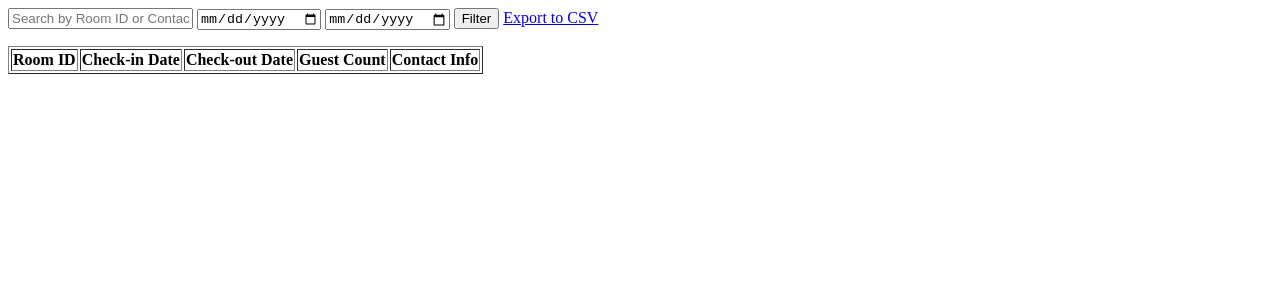
Repository: malingubarnice/Online-Reservation-System
Page: http://localhost/reservations_report.php?sort=date
These files come from the project's save history. The page is drawn as it stood at one moment and after the next save; the edit follows.
The browser window is 1280 px wide. The pictures show the whole page.
The page is run by PHP 8.4 with error messages shown; the project is at /var/www/html/. Queries for data that is not in the repository find no rows.

Above is the page before, as saved 2025-02-26 14:10:12.

### reservations_report.php
<?php
// Database connection
$host = "localhost";
$user = "root";
$password = "";
$database = "coppers_ivy";

$conn = mysqli_connect($host, $user, $password, $database);
if (!$conn) {
    die("Connection failed: " . mysqli_connect_error());
}

// Search & Filter
$search = isset($_GET['search']) ? $_GET['search'] : "";
$from_date = isset($_GET['from_date']) ? $_GET['from_date'] : "";
$to_date = isset($_GET['to_date']) ? $_GET['to_date'] : "";

// Pagination
$limit = 10;
$page = isset($_GET['page']) ? (int)$_GET['page'] : 1;
$offset = ($page - 1) * $limit;

// Base query
$query = "SELECT room_id, check_in_date, check_out_date, guest_count, contact_info
          FROM bookings WHERE 1";

// Apply search filter
if (!empty($search)) {
    $query .= " AND (room_id LIKE '%$search%' OR contact_info LIKE '%$search%')";
}

// Apply date filter
if (!empty($from_date) && !empty($to_date)) {
    $query .= " AND check_in_date BETWEEN '$from_date' AND '$to_date'";
}

// Order & Limit
$query .= " ORDER BY check_in_date DESC LIMIT $limit OFFSET $offset";
$result = mysqli_query($conn, $query);

// Get total records for pagination
$total_query = "SELECT COUNT(*) as total FROM bookings WHERE 1";
$total_result = mysqli_query($conn, $total_query);
$total_row = mysqli_fetch_assoc($total_result);
$total_pages = ceil($total_row['total'] / $limit);
?>

<form method="GET">
    <input type="text" name="search" placeholder="Search by Room ID or Contact" value="<?php echo $search; ?>">
    <input type="date" name="from_date" value="<?php echo $from_date; ?>">
    <input type="date" name="to_date" value="<?php echo $to_date; ?>">
    <button type="submit">Filter</button>
    <a href="export_bookings.php">Export to CSV</a>
</form>

<table border="1">
    <tr>
        <th>Room ID</th>
        <th>Check-in Date</th>
        <th>Check-out Date</th>
        <th>Guest Count</th>
        <th>Contact Info</th>
    </tr>
    <?php while ($row = mysqli_fetch_assoc($result)) { ?>
    <tr>
        <td><?php echo htmlspecialchars($row['room_id']); ?></td>
        <td><?php echo htmlspecialchars($row['check_in_date']); ?></td>
        <td><?php echo htmlspecialchars($row['check_out_date']); ?></td>
        <td><?php echo htmlspecialchars($row['guest_count']); ?></td>
        <td><?php echo htmlspecialchars($row['contact_info']); ?></td>
    </tr>
    <?php } ?>
</table>

<!-- Pagination -->
<?php for ($i = 1; $i <= $total_pages; $i++) { ?>
    <a href="?page=<?php echo $i; ?>&search=<?php echo $search; ?>&from_date=<?php echo $from_date; ?>&to_date=<?php echo $to_date; ?>">
        <?php echo $i; ?>
    </a>
<?php } ?>

<?php mysqli_close($conn); ?>

After the next save:
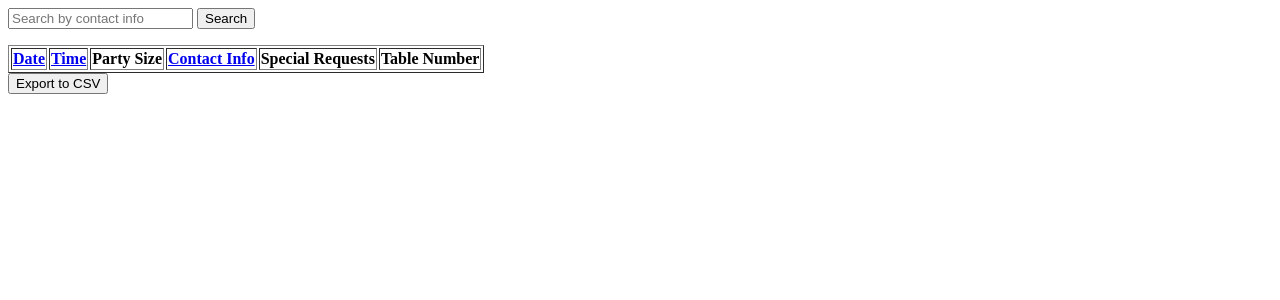
Saved 2 s later.
--- a/reservations_report.php
+++ b/reservations_report.php
@@ -1,82 +1,65 @@
 <?php
 // Database connection
-$host = "localhost";
-$user = "root";
-$password = "";
-$database = "coppers_ivy";
-
-$conn = mysqli_connect($host, $user, $password, $database);
-if (!$conn) {
-    die("Connection failed: " . mysqli_connect_error());
+$conn = new mysqli("localhost", "root", "", "coppers_ivy");
+if ($conn->connect_error) {
+    die("Connection failed: " . $conn->connect_error);
 }
 
-// Search & Filter
-$search = isset($_GET['search']) ? $_GET['search'] : "";
-$from_date = isset($_GET['from_date']) ? $_GET['from_date'] : "";
-$to_date = isset($_GET['to_date']) ? $_GET['to_date'] : "";
+// Pagination setup
+$limit = 10;
+$page = isset($_GET['page']) ? $_GET['page'] : 1;
+$start = ($page - 1) * $limit;
 
-// Pagination
-$limit = 10;
-$page = isset($_GET['page']) ? (int)$_GET['page'] : 1;
-$offset = ($page - 1) * $limit;
+// Search & Sorting
+$search = isset($_GET['search']) ? $_GET['search'] : '';
+$sort = isset($_GET['sort']) ? $_GET['sort'] : 'date DESC';
 
-// Base query
-$query = "SELECT room_id, check_in_date, check_out_date, guest_count, contact_info
-          FROM bookings WHERE 1";
+$query = "SELECT date, time, party_size, contact_info, special_requests, table_number
+          FROM reservations
+          WHERE contact_info LIKE '%$search%'
+          ORDER BY $sort
+          LIMIT $start, $limit";
+$result = $conn->query($query);
 
-// Apply search filter
-if (!empty($search)) {
-    $query .= " AND (room_id LIKE '%$search%' OR contact_info LIKE '%$search%')";
-}
-
-// Apply date filter
-if (!empty($from_date) && !empty($to_date)) {
-    $query .= " AND check_in_date BETWEEN '$from_date' AND '$to_date'";
-}
-
-// Order & Limit
-$query .= " ORDER BY check_in_date DESC LIMIT $limit OFFSET $offset";
-$result = mysqli_query($conn, $query);
-
-// Get total records for pagination
-$total_query = "SELECT COUNT(*) as total FROM bookings WHERE 1";
-$total_result = mysqli_query($conn, $total_query);
-$total_row = mysqli_fetch_assoc($total_result);
-$total_pages = ceil($total_row['total'] / $limit);
+// Get total rows for pagination
+$totalQuery = "SELECT COUNT(*) AS total FROM reservations WHERE contact_info LIKE '%$search%'";
+$totalResult = $conn->query($totalQuery);
+$totalRow = $totalResult->fetch_assoc();
+$totalPages = ceil($totalRow['total'] / $limit);
 ?>
 
 <form method="GET">
-    <input type="text" name="search" placeholder="Search by Room ID or Contact" value="<?php echo $search; ?>">
-    <input type="date" name="from_date" value="<?php echo $from_date; ?>">
-    <input type="date" name="to_date" value="<?php echo $to_date; ?>">
-    <button type="submit">Filter</button>
-    <a href="export_bookings.php">Export to CSV</a>
+    <input type="text" name="search" placeholder="Search by contact info" value="<?php echo $search; ?>">
+    <button type="submit">Search</button>
 </form>
 
 <table border="1">
     <tr>
-        <th>Room ID</th>
-        <th>Check-in Date</th>
-        <th>Check-out Date</th>
-        <th>Guest Count</th>
-        <th>Contact Info</th>
+        <th><a href="?sort=date">Date</a></th>
+        <th><a href="?sort=time">Time</a></th>
+        <th>Party Size</th>
+        <th><a href="?sort=contact_info">Contact Info</a></th>
+        <th>Special Requests</th>
+        <th>Table Number</th>
     </tr>
-    <?php while ($row = mysqli_fetch_assoc($result)) { ?>
+    <?php while ($row = $result->fetch_assoc()) { ?>
     <tr>
-        <td><?php echo htmlspecialchars($row['room_id']); ?></td>
-        <td><?php echo htmlspecialchars($row['check_in_date']); ?></td>
-        <td><?php echo htmlspecialchars($row['check_out_date']); ?></td>
-        <td><?php echo htmlspecialchars($row['guest_count']); ?></td>
-        <td><?php echo htmlspecialchars($row['contact_info']); ?></td>
+        <td><?php echo $row['date']; ?></td>
+        <td><?php echo $row['time']; ?></td>
+        <td><?php echo $row['party_size']; ?></td>
+        <td><?php echo $row['contact_info']; ?></td>
+        <td><?php echo $row['special_requests']; ?></td>
+        <td><?php echo $row['table_number']; ?></td>
     </tr>
     <?php } ?>
 </table>
 
 <!-- Pagination -->
-<?php for ($i = 1; $i <= $total_pages; $i++) { ?>
-    <a href="?page=<?php echo $i; ?>&search=<?php echo $search; ?>&from_date=<?php echo $from_date; ?>&to_date=<?php echo $to_date; ?>">
-        <?php echo $i; ?>
-    </a>
-<?php } ?>
+<?php for ($i = 1; $i <= $totalPages; $i++): ?>
+    <a href="?page=<?php echo $i; ?>&search=<?php echo $search; ?>&sort=<?php echo $sort; ?>"><?php echo $i; ?></a>
+<?php endfor; ?>
 
-<?php mysqli_close($conn); ?>
+<!-- CSV Export -->
+<form action="export_reservations.php" method="POST">
+    <button type="submit">Export to CSV</button>
+</form>
